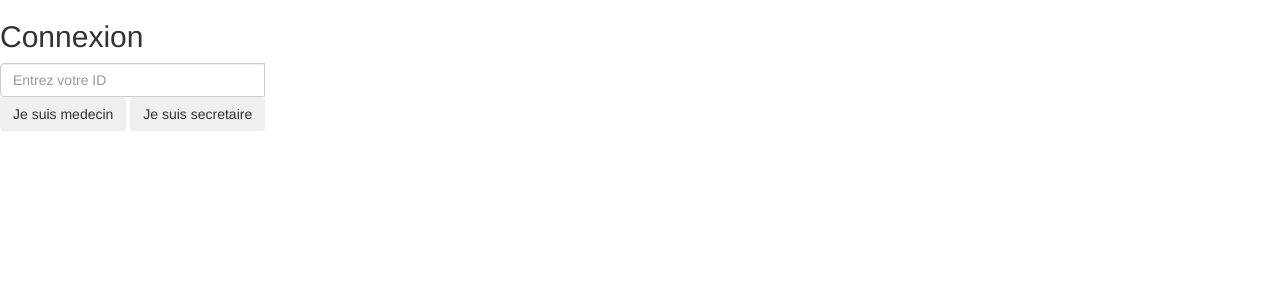
Repository: Caleb-St/CabinetMedical
Page: http://localhost/main.php
The author's editor kept a copy of each file at every save. The page is drawn from the files as they stood at one save, then again after the next save.
The browser window is 1280 px wide. The pictures show the whole page.
The page is run by PHP 8.4 with error messages shown; the project is at /var/www/html/.

Above is the page before, as saved 2016-04-09 18:46:01.

### dbphp/main.php
<?php include("Header.php") ?>
<!DOCTYPE HTML>
<html>
<head>
<meta charset="utf-8" />
<style>
.error {color: #FF0000;}
</style>
</head>
<body>

<h2>Connexion</h2>
<form method="post" action="/CabinetMedical/dbphp/connectDB.php">
 <div class="input-group">
	<input class ="form-control" type="text" placeholder="Entrez votre ID" name="userID">
	<div class="form-actions">
	    <button type="submit" class="btn" name="medecin">Je suis medecin</button>
	    <button type="submit" class="btn" name="secretaire">Je suis secretaire</button>
 	</div>
 </div>
</form>

 <!--
<h2></h2>
<form method="post" action="/dbphp/connectDB.php">
   <input type="submit" name="ConnectDB" value="Connect to DB">
 </form>
 <br>

 <form method="post" action="/dbphp/createTable.php">
   <input type="submit" name="createTable" value="create Table">
</form>
<br>
 <form method="post" action="/dbphp/updateHotelData.php">
   <input type="submit" name="updateHotelData" value="update Hotel Data">
</form>
<br>
<form method="post" action="/dbphp/deleteHotelData.php">
   <input type="submit" name="deleteHotelData" value="delete Hotel Data">
</form>
<br>
 <form method="post" action="/dbphp/InsertHotelView.php">
   <input type="submit" name="insertHotel" value="insert Hotel">
</form>
<br>
<form method="post" action="/dbphp/reservationView.php">
   <input type="submit" name="reservationView" value="Add booking">
</form>
<br>
 <form method="post" action="/dbphp/viewHotels.php">
   <input type="submit" name="viewHotels" value="view Hotels">
</form>
<br>
<form method="post" action="/dbphp/newReservation.php"> -->
<!--    <input type="submit" name="newReservation" value="newReservation"> -->
<!-- </form> -->
<!-- <br> -->
</body>
</html>

### dbphp/Header.php
<?php setlocale(LC_ALL, "fr_CA.UTF-8","fra"); ?>
<!DOCTYPE html>
<html lang="en">
<head>
<link rel="stylesheet" href="https://maxcdn.bootstrapcdn.com/bootstrap/3.3.6/css/bootstrap.min.css" integrity="sha384-1q8mTJOASx8j1Au+a5WDVnPi2lkFfwwEAa8hDDdjZlpLegxhjVME1fgjWPGmkzs7" crossorigin="anonymous">
<link rel="stylesheet" type="text/css"  href="site.css">
<meta charset="utf-8" />
</head>

### dbphp/Site.css
.form-actions {
	text-align:center;
	margin-top:10px;
}

After the next save:
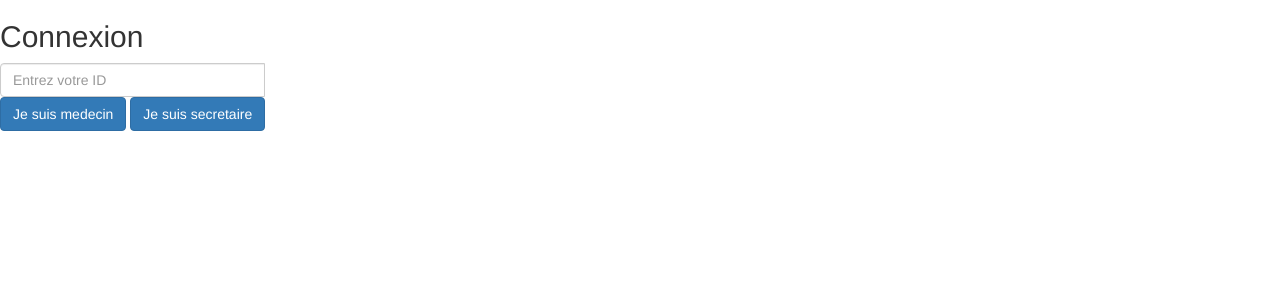
Saved 46 s later.
--- a/dbphp/main.php
+++ b/dbphp/main.php
@@ -14,8 +14,8 @@
  <div class="input-group">
 	<input class ="form-control" type="text" placeholder="Entrez votre ID" name="userID">
 	<div class="form-actions">
-	    <button type="submit" class="btn" name="medecin">Je suis medecin</button>
-	    <button type="submit" class="btn" name="secretaire">Je suis secretaire</button>
+	    <button type="submit" class="btn btn-primary" name="medecin">Je suis medecin</button>
+	    <button type="submit" class="btn btn-primary" name="secretaire">Je suis secretaire</button>
  	</div>
  </div>
 </form>
